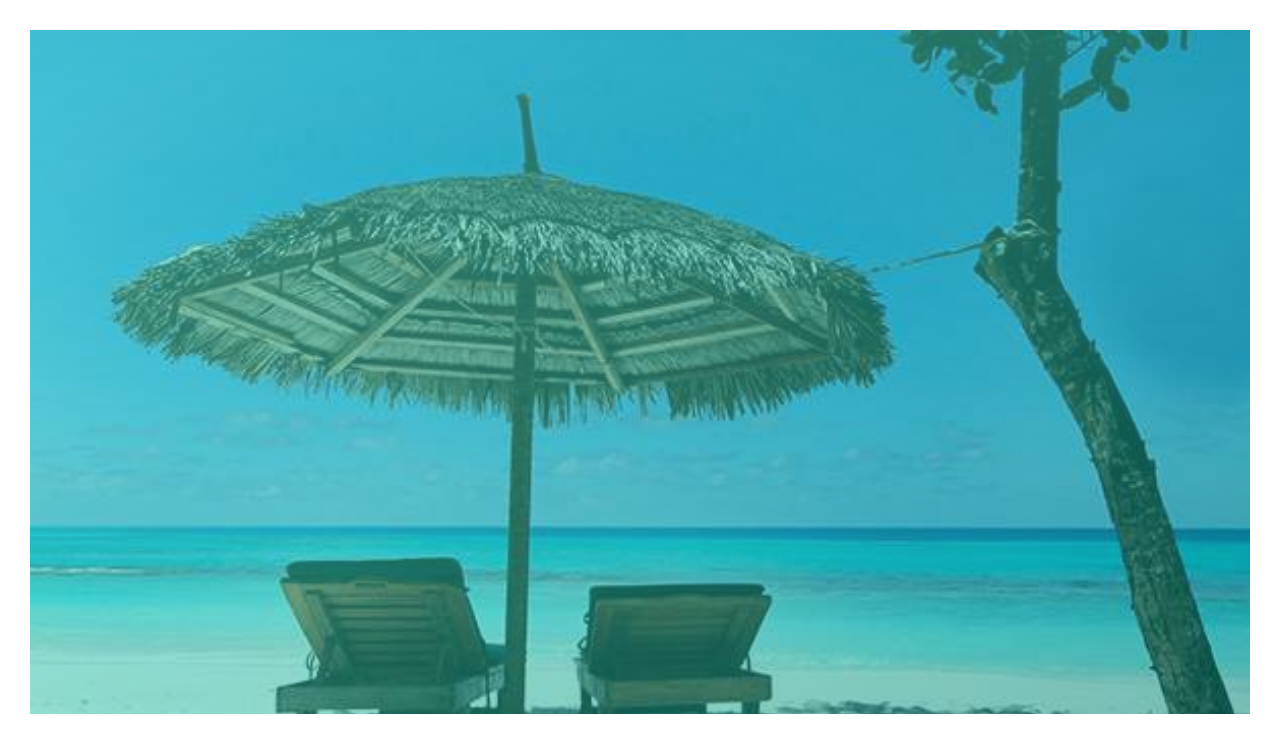
Repository: Azariagmt/tour-and-travel
Page: index.html
The author's editor kept a copy of each file at every save. The page is drawn from the files as they stood at one save, then again after the next save.
The browser window is 1280 px wide. The pictures show the whole page.

Above is the page before, as saved 2020-03-20 15:09:20.

After the next save:
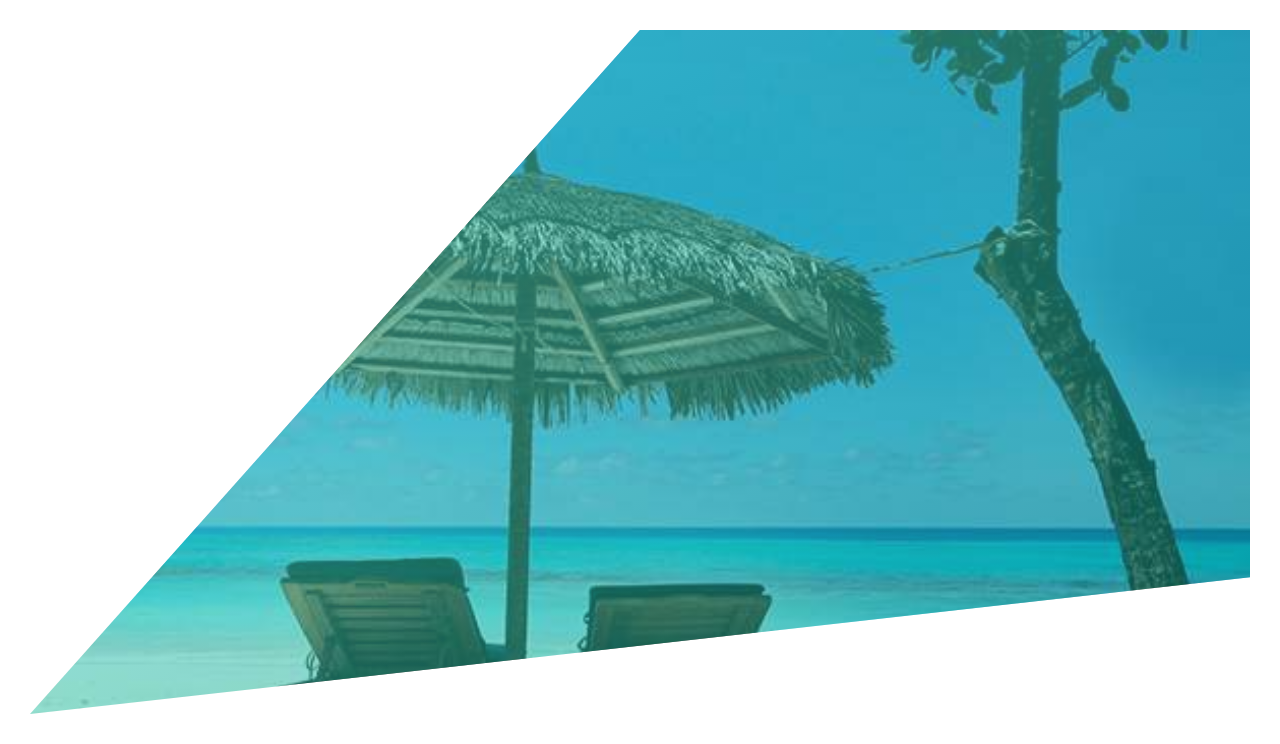
Saved 5 s later.
--- a/css/style.css
+++ b/css/style.css
@@ -19,5 +19,5 @@
     url(../img/2.jpg);
   background-size: cover;
   background-position: top;
-  clip-path: polygon(50 0, 100% 0, 100% 80%, 0% 100%);
+  clip-path: polygon(50% 0, 100% 0, 100% 80%, 0% 100%);
 }
